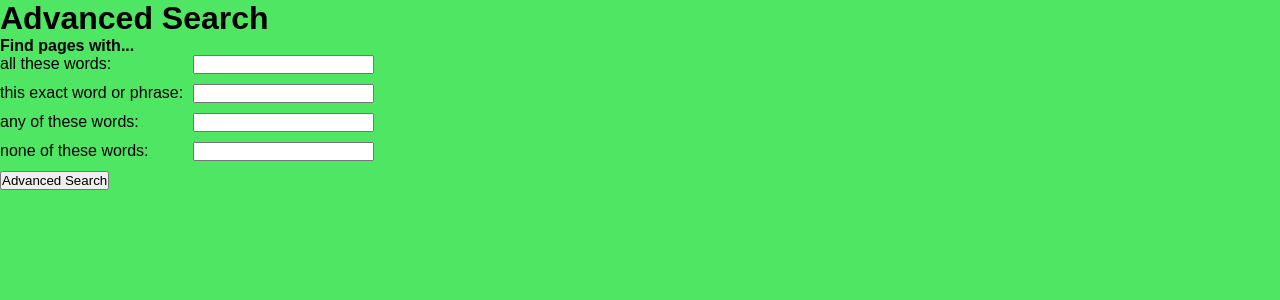
Repository: etentuk/search
Page: advanced_search.html
The author's editor kept a copy of each file at every save. The page is drawn from the files as they stood at one save, then again after the next save.
The browser window is 1280 px wide. The pictures show the whole page.

Above is the page before, as saved 2021-11-04 23:06:53.

### advanced_search.html
<!DOCTYPE html>
<html lang="en">

<head>
    <title>Advanced Search</title>
    <link rel="stylesheet" href="styles.css">
</head>

<body>

    <div id="container">
        <div id="title">
            <h1>Advanced Search</h1>
        </div>
        <h4>Find pages with...</h4>
        <form action="https://google.com/search" class="form-example">
            <div style="display: table-row;">
                <div class="form-example">
                    <label for="as_q">all these words: </label>
                    <input type="text" id="as_q" name="as_q">
                </div>
                <div class="form-example">
                    <label for="as_epq">this exact word or phrase: </label>
                    <input type="text" id="as_epq" name="as_epq">
                </div>
                <div class="form-example">
                    <label for="as_oq">any of these words: </label>
                    <input type="text" id="as_oq" name="as_oq">
                </div>
                <div class="form-example">
                    <label for="as_eq">none of these words: </label>
                    <input type="text" id="as_eq" name="as_eq">
                </div>
            </div>
            <input type="submit" value="Advanced Search">
        </form>
    </div>
</body>

</html>

### styles.css
* {
  margin: 0;
  padding: 0;
  box-sizing: border-box;
}

form.form-example {
  display: table;
}

div.form-example {
  display: table-row;
}

label,
input {
  display: table-cell;
  margin-bottom: 10px;
}

label {
  padding-right: 10px;
}

#title {
    border-t;
  border-width: 10px;
}

#container {
  font-family: Arial, Helvetica, sans-serif;
  background-color: rgb(78, 230, 98);
  min-height: 100vh;
  /* padding: 60px; */
}

After the next save:
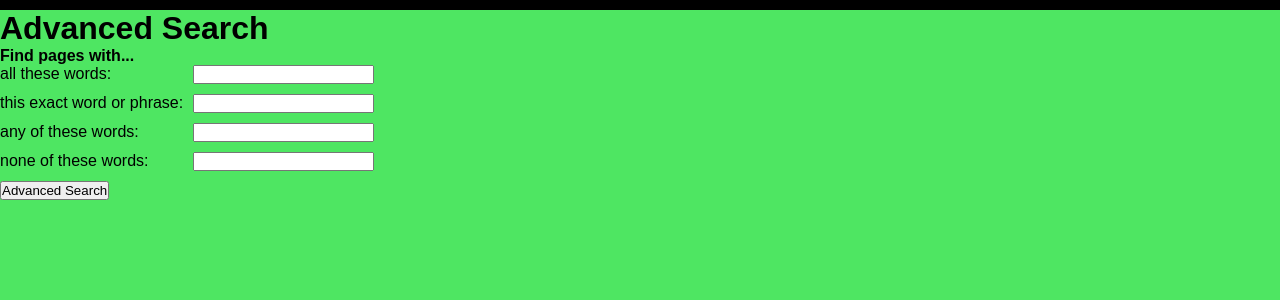
Saved 9 s later.
--- a/styles.css
+++ b/styles.css
@@ -23,7 +23,7 @@ label {
 }
 
 #title {
-    border-t;
+  border-top: 1px solid black;
   border-width: 10px;
 }
 
